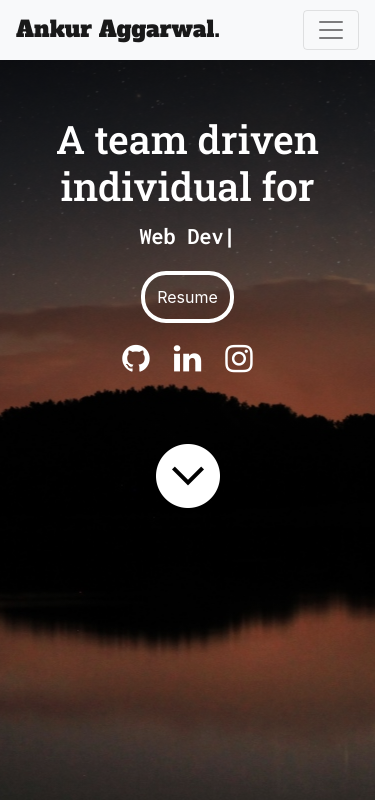
Repository: AnkurDevv/PersonalWebsite
Page: index.html
These files come from the project's save history. The page is drawn as it stood at one moment and after the next save; the edit follows.
The browser window is 375 px wide. The pictures show the whole page.
Some web fonts or font styles are not loaded; a fallback is used.

Above is the page before, as saved 2020-09-13 16:52:24.

After the next save:
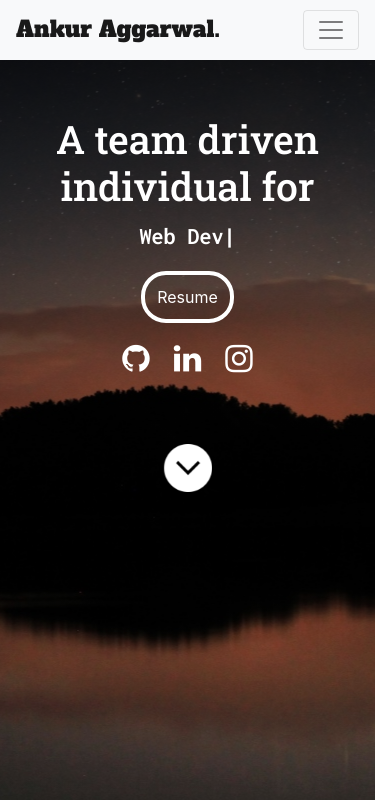
Saved 64 s later.
--- a/style/index.css
+++ b/style/index.css
@@ -140,6 +140,9 @@ header{
             /* ADD A FLCIKER ANIMATION TO SCROLL DOWN IMG */
 
 @media only screen and (max-width: 600px) {
+  #scroll-down-arrow{
+    max-width: 6vh;
+  }
   #MainNameHeading{
     font-size: 245%;
     margin-top: 7vh;
